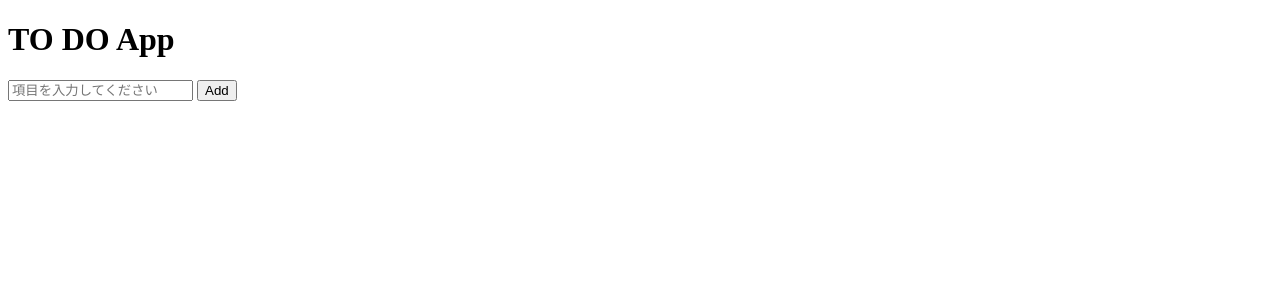
Repository: takaharayota531/cloud9_assignment
Page: http://localhost/
The author's editor kept a record of every edit. The page is drawn from the files as they stood at one moment, then again after the next edit.
The browser window is 1280 px wide. The pictures show the whole page.
The page is served by the project's application, run on Flask 3 (sample.py).

Above is the page before.

After the next edit:
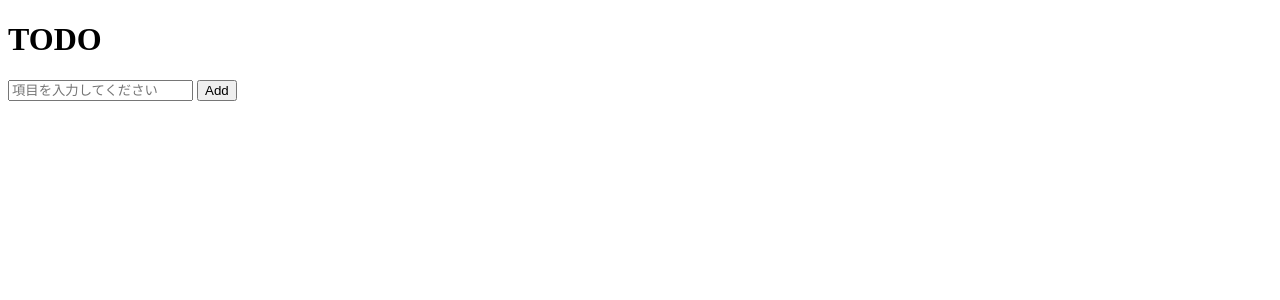
The edit:
--- a/templates/index.html
+++ b/templates/index.html
@@ -4,7 +4,7 @@
     <title>TODO</title>
 </head>
 <body>
-    <h1>TO DO App</h1>
+    <h1>TODO</h1>
     <form action="/add" method="post">
         <input type="text" name="todo" placeholder="項目を入力してください" required>
         <button type="submit">Add</button>
